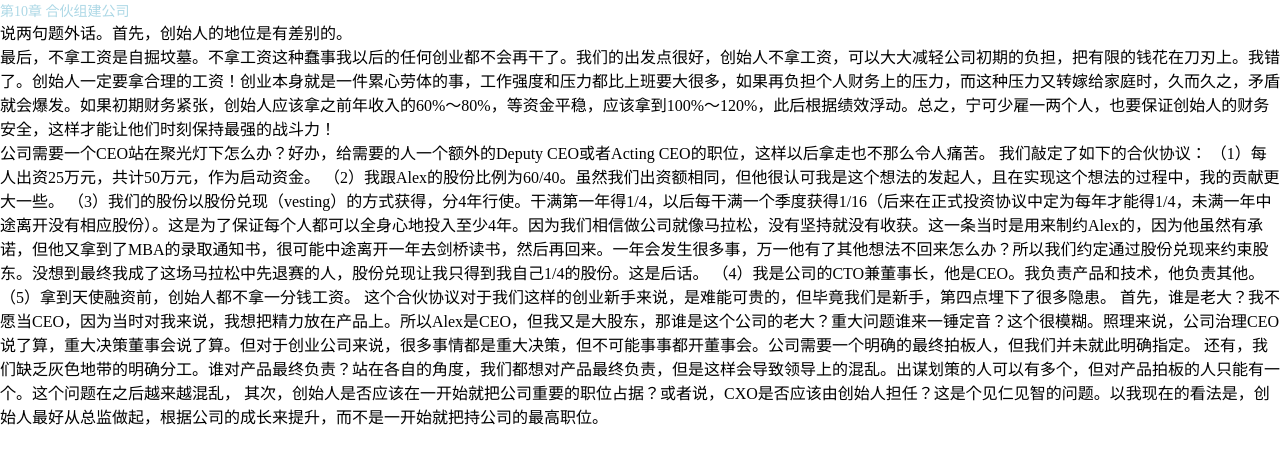
Repository: xudusheng/SSM
Page: SpringMVC/WebContent/HTML/first.html
These files come from the project's save history. The page is drawn as it stood at one moment and after the next save; the edit follows.
The browser window is 1280 px wide. The pictures show the whole page.

Above is the page before, as saved 2016-07-20 07:28:09.

After the next save:
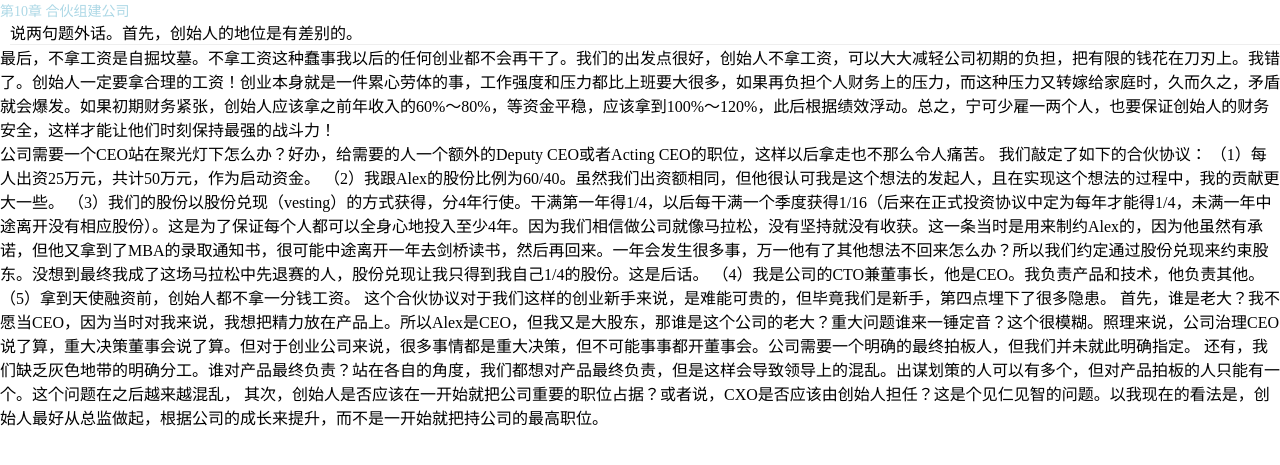
Saved 44 s later.
--- a/SpringMVC/WebContent/HTML/first.html
+++ b/SpringMVC/WebContent/HTML/first.html
@@ -6,6 +6,7 @@
 <style type="text/css">
 	*{ padding:0; margin:0; }
 	.article-title{ color:lightblue; font-size:14px; }
+	.content-line--grey{ border-bottom:1px solid #eee; margin-left:10px; }
 </style>
 </head>
 <body>
